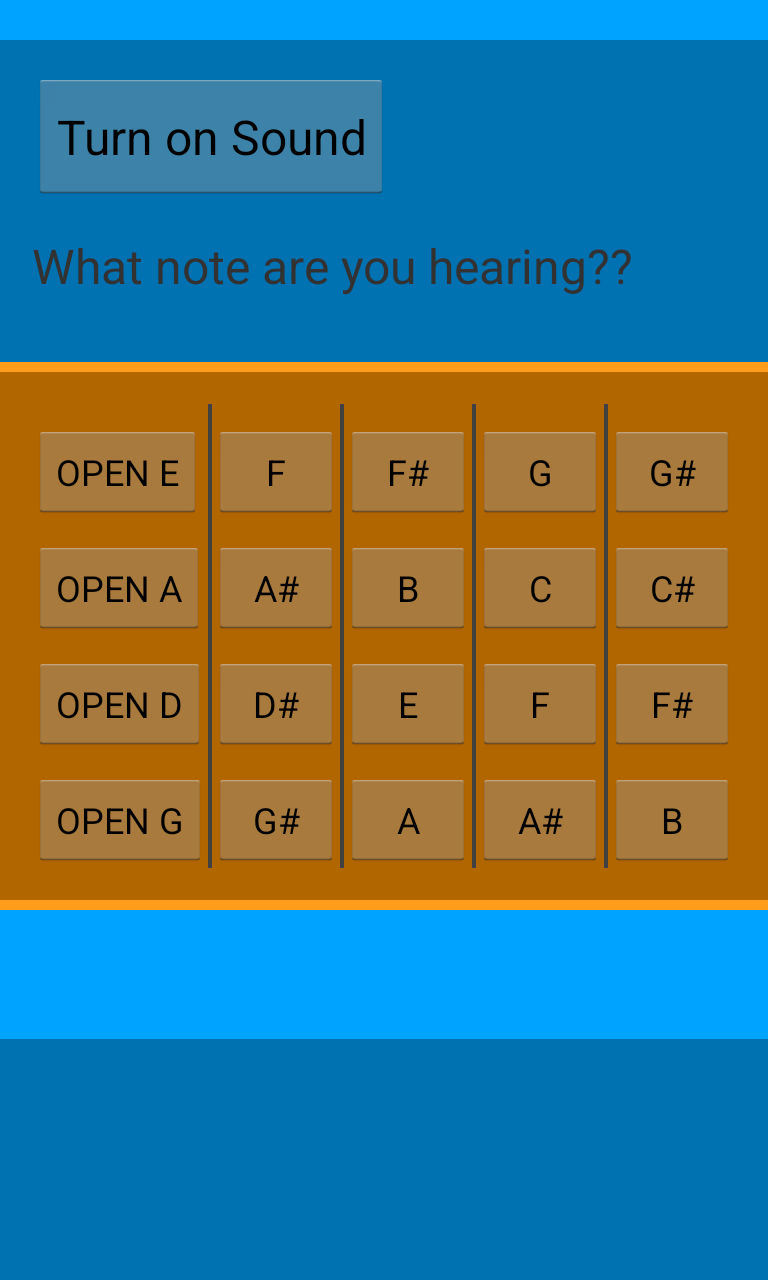
Repository: elliott-ribner/android-guitar-trainer
Layout: randomnotegenerator/res/layout/activity_main.xml
An editor plug-in stored every save of this project. The layout is shown before and after the next save, followed by the edit.
It is drawn on a 768 x 1280 px phone screen (xhdpi) without system bars, with theme AppTheme; the app's code is not run.

Above is the layout before, as saved 2014-06-09 01:04:47.

After the next save:
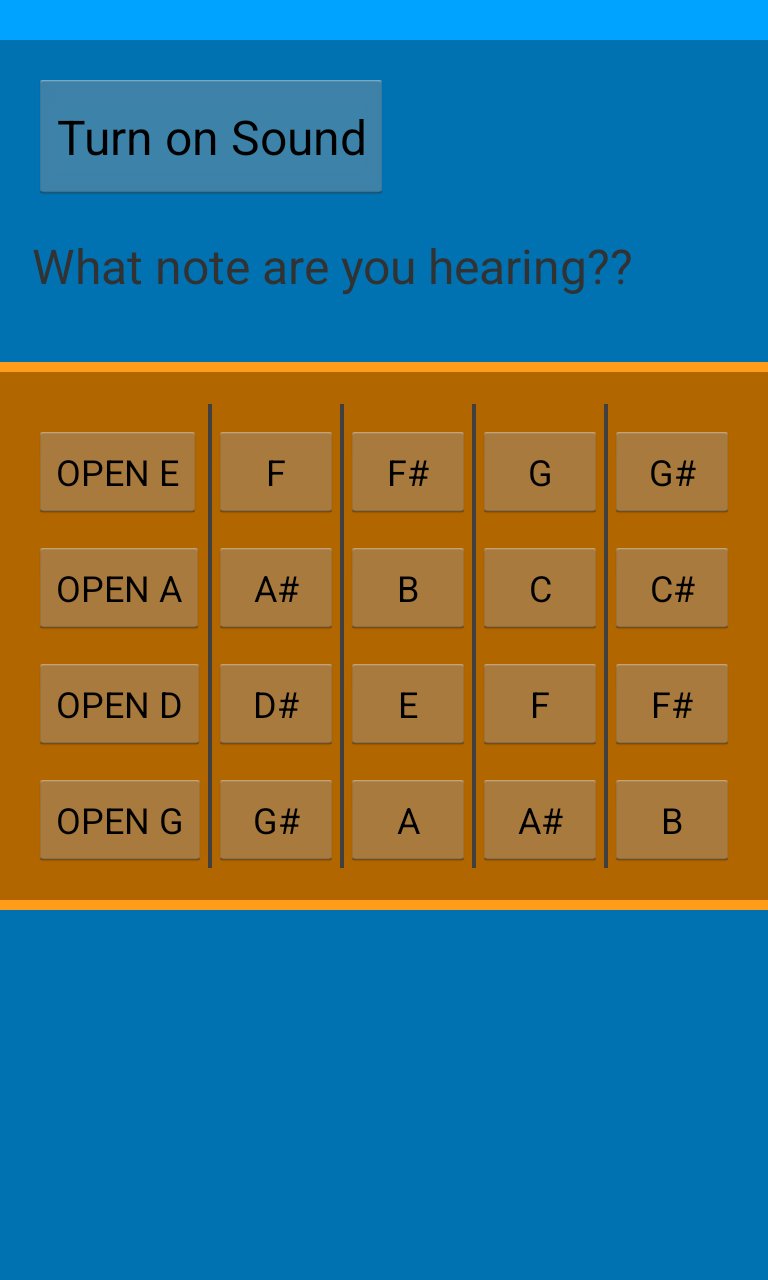
Saved 91 s later.
--- a/randomnotegenerator/res/layout/activity_main.xml
+++ b/randomnotegenerator/res/layout/activity_main.xml
@@ -271,7 +271,7 @@
         android:layout_width="fill_parent"
         android:layout_height="wrap_content"
         android:orientation="vertical"
-        android:background="#00A3FF"
+
         android:paddingBottom="@dimen/activity_vertical_margin"
         android:paddingLeft="@dimen/activity_horizontal_margin"
         android:paddingRight="@dimen/activity_horizontal_margin"
